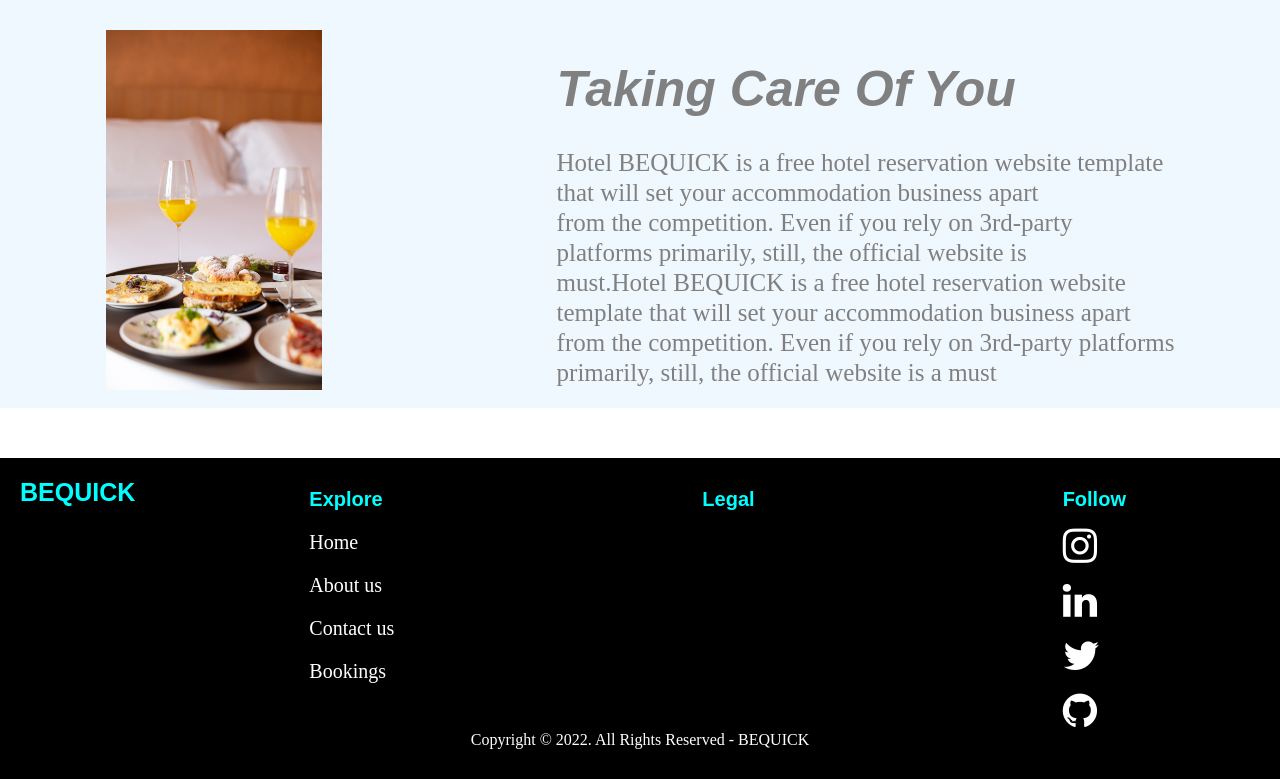
Repository: Ayushi6Sharma/BEQUICK_Hotel_Booking_Web
Page: html/aboutus.html
The author's editor kept a copy of each file at every save. The page is drawn from the files as they stood at one save, then again after the next save.
The browser window is 1280 px wide. The pictures show the part of the page from y = 1005 to 1784 px (the page is 1784 px tall).
A picture or video elsewhere on the page could not be fetched, so the positions and the page height are approximate.

Above is the page before, as saved 2022-05-11 02:31:55.

After the next save:
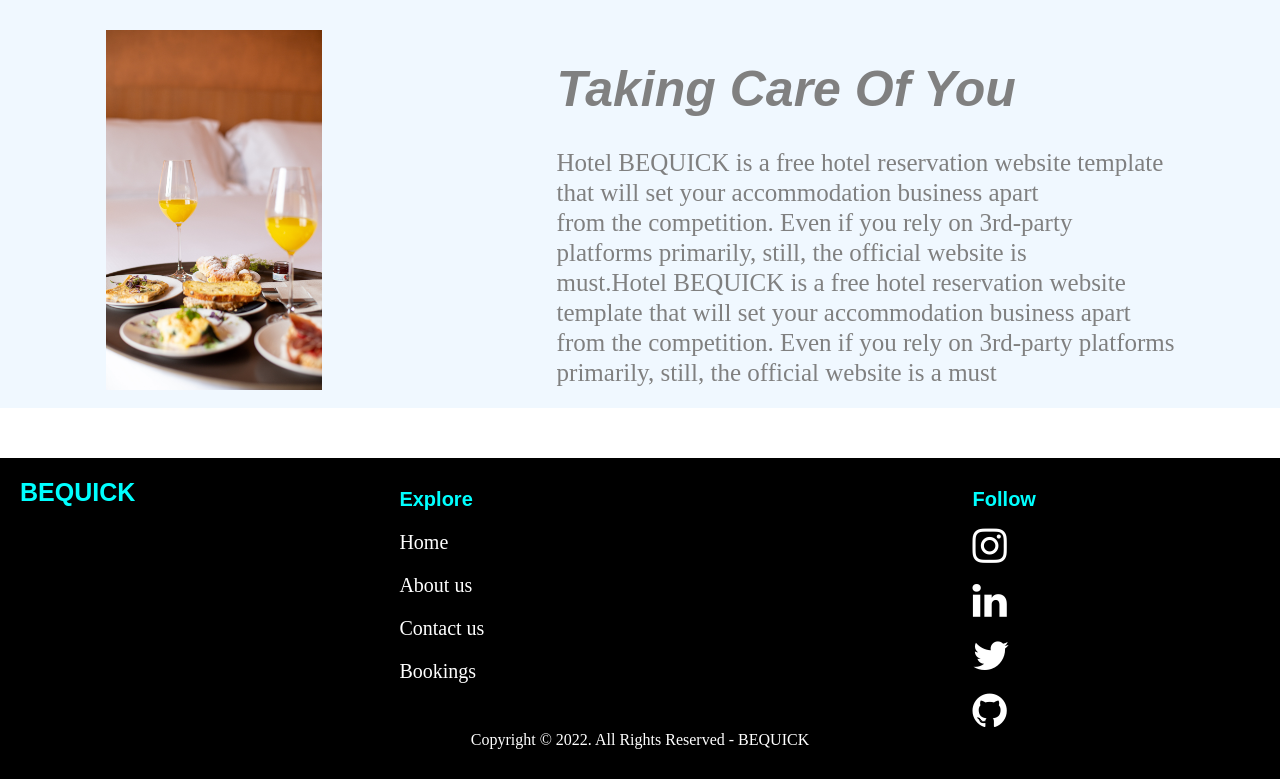
Saved 20 h 38 min later.
--- a/html/aboutus.html
+++ b/html/aboutus.html
@@ -86,13 +86,13 @@
                                     <li><a href="./html/booking.html">Bookings</a></li>
                                 </ul>
                             </div>
-                            <div class="footer-list">
+                            <!-- <div class="footer-list">
                                 <ul class="footer-list-2">
                                     <div class="footer-list-heading">Legal</div>
                                     <li>Terms</li>
                                     <li>Privacy</li>
                                 </ul>
-                            </div>
+                            </div> -->
                             <div class="footer-list">
                                 <ul class="footer-list-3">
                                     <div class="footer-list-heading">Follow</div>
